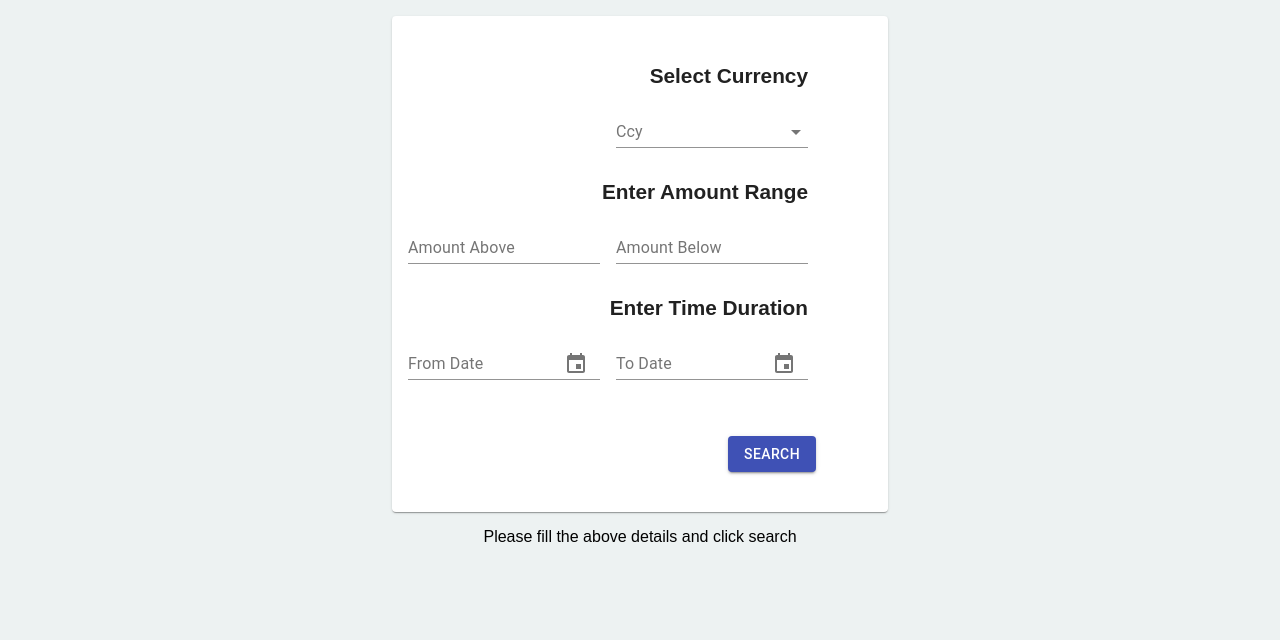
Repository: AmanullaChishty/filter
Page: /
These files come from the project's save history. The page is drawn as it stood at one moment and after the next save; the edit follows.
The browser window is 1280 px wide. The pictures show the whole page.
The project was rebuilt for these pictures with package versions that can differ from the ones it lists, and the page was loaded fresh each time.

Above is the page before, as saved 2020-01-26 22:05:07.

### src/index.js
import React from 'react';
import ReactDOM from 'react-dom';

// Required for Redux store setup
import { Provider } from 'react-redux'
import configureStore from './store';

import './index.css';
import App from './App';
import registerServiceWorker from './registerServiceWorker';

ReactDOM.render(
  <Provider store={configureStore()}>
    <App />
  </Provider>,
  document.getElementById('root')
);
registerServiceWorker();

### src/store.js
import { createStore, applyMiddleware } from 'redux';
import thunk from 'redux-thunk';
import rootReducer from './reducers/rootReducer';

export default function configureStore(initialState={}) {
  return createStore(
    rootReducer,
    applyMiddleware(thunk)
  );
}

### src/App.js
import React, { Component } from 'react';
import './App.css';
import GridList from './gridList'
import SearchBar from './searchBar/components/searchBar';



/**
 * @class App
 * @extends {Component}
 */
class App extends Component {



  /**
   * @memberof App
   * @summary handles button click
   */


  render() {
    return (
      <div className="App">
        <SearchBar/>
        <GridList/>
      </div>
    );
  }
}

export default App;

### src/reducers/rootReducer.js
import { combineReducers } from 'redux';
import searchReducer from '../searchBar/reducers/searchReducer'

export default combineReducers({
  searchReducer
});

### src/App.css
body{

  background-color: #edf2f2;
}
.App{
  text-align: center;
}

### src/gridList.js
import React, { Component } from 'react';
import { connect } from 'react-redux';
import MUIDataTable from "mui-datatables";
import { getSearchCriteria, getSearchData } from './searchBar/selectors/searchSelectors';


const headers = [{ name: "invoice_id", label: "Invoice id", options: { filter: true, sort: true, } },{ name: "reference", label: "Reference", options: { filter: true, sort: true, } },
{ name: "maturity_date", label: "Maturity Date", options: { filter: true, sort: true, } },{ name: "invoice_amount", label: "Invoice Amount", options: { filter: true, sort: true, } },
{ name: "ccy", label: "CCY", options: { filter: true, sort: true, } },{ name: "buyer", label: "Buyer", options: { filter: true, sort: true, } },
{ name: "supplier", label: "Supplier", options: { filter: true, sort: true, } },{ name: "invoice_date", label: "Invoice Date", options: { filter: true, sort: true, } },]

const options = {
  filterType: "checkbox",
  responsive: "stacked",
}

class GridList extends Component {
  render() {
    const {result,seacrhedData} = this.props;

    if(seacrhedData){
      if(seacrhedData.startDate){
        let date=new Date(seacrhedData.startDate)
        let yyyy = date.getFullYear();
        let mm =date.getMonth()+1
        let dd=date.getDate();
        seacrhedData.startDate = dd+'/'+ mm +'/'+yyyy;

      }
      if(seacrhedData.endDate){
        let date=new Date(seacrhedData.endDate)
        let yyyy = date.getFullYear();
        let mm =date.getMonth()+1
        let dd=date.getDate();
        seacrhedData.endDate = dd+'/'+ mm +'/'+yyyy;

      }
    }
    const title=('Currency '+seacrhedData.ccy + ' Invoices with value between '+ seacrhedData.ccy+ ' '+ seacrhedData.lowerLimit +' - '+ seacrhedData.upperLimit +' maturing between '+seacrhedData.startDate+' and '+ seacrhedData.endDate)

    if(result.length>0){
      result.forEach(item=>{
        if(item.maturity_date){
          let date=new Date(item.maturity_date*1000)
          let yyyy = date.getFullYear();
          let mm =date.getMonth()+1
          let dd=date.getDate();
            item.maturity_date = dd+'/'+ mm +'/'+yyyy;

        }
      })
    }
    return (
     <div>
       {result.length>0?(<MUIDataTable
            title={title}
            data={result}
            columns={headers}
            options={options}
          />):'Please fill the above details and click search'}
     </div>
    );
  }
}


const mapStateToProps=state=> {
  return {
      result: getSearchData(state),
      seacrhedData:getSearchCriteria(state)
      };
}


export default connect(mapStateToProps)(GridList);

### src/searchBar/components/searchBar.js
import React, { Component, Fragment } from 'react';
import { connect } from 'react-redux';
import { bindActionCreators } from 'redux';
import { fetchData } from '../actions/fetchData';
import { search } from '../actions/searchAction';
import { getData, getSearchData } from '../selectors/searchSelectors';
import InputLabel from '@material-ui/core/InputLabel';
import MenuItem from '@material-ui/core/MenuItem';
import FormControl from '@material-ui/core/FormControl';
import Select from '@material-ui/core/Select';
import { Grid, Card, CardContent,CardActions, Input, Button, InputAdornment } from '@material-ui/core';
import DateFnsUtils from '@date-io/date-fns';
import { KeyboardDatePicker, MuiPickersUtilsProvider } from "@material-ui/pickers";
import 'date-fns';


class SearchBar extends Component {

  constructor(props){
    super(props);
    this.handleChange=this.handleChange.bind(this)
    this.setLowerLimit=this.setLowerLimit.bind(this)
    this.setUpperLimit=this.setUpperLimit.bind(this)
    this.setStartDate=this.setStartDate.bind(this)
    this.setEndDate=this.setEndDate.bind(this)
    this.submitSearch=this.submitSearch.bind(this)
    this.state = {
      ccy:'',
      lowerLimit:'',
      upperLimit:'',
      startDate:null,
      endDate:null,
      storeStartDate:null,
      storeEndDate:null

    }
  }

  componentDidMount() {

    }



  handleChange(event){
    let val = event.target.value
      this.setState({ccy:val})
  };

  setLowerLimit(event){
    let val = event.target.value
    this.setState({lowerLimit:val});
  }

  setUpperLimit(event){
    let val = event.target.value
    this.setState({upperLimit:val})

  }
  setStartDate(event){
    let val = Math.floor(event.getTime()/1000)
    this.setState({storeStartDate:val})
    this.setState({startDate:event})

  }

  setEndDate(event){
    let val = Math.floor(event.getTime()/1000)
    this.setState({storeEndDate:val})
    this.setState({endDate:event})

  }

  submitSearch(){
    const { fetchAllData,searchData } = this.props;
    fetchAllData();
    setTimeout(()=>{searchData(this.state)},100)

  }


  render() {
    const sectionGrid={ display: 'flex', justifyContent: 'end', alignItems: 'end', flexDirection: 'column', marginBottom: '2em' }
    const sectionLabel = { fontSize: '1.3em', fontWeight: 'bold', marginBottom: '-.2em' }
    const innerSection={ display: 'flex', justifyContent: 'center', alignItems: 'center', }
    const formControlStyle={ width: '12em', marginTop: '1em' }
    const formControlStyleLeft={ width: '12em', marginTop: '1em', marginLeft: '1em' }
    const {ccy,lowerLimit,upperLimit,startDate,endDate} = this.state

    return (
      <Grid style={{display:'flex',justifyContent:'center',alignItems:'center',flexDirection:'column'}}>
    <Card style={{maxWidth:400,width:'100%',padding:'2em 4em 2em 2em',margin:'1em 0'}}>
      <CardContent>
            <Grid style={sectionGrid}>
              <span style={sectionLabel}>Select Currency</span>
              <FormControl style={formControlStyle} >

                <InputLabel id="ccy">
                  Ccy
                </InputLabel>
                <Select
                  labelId="ccy"
                  id="simple-select"
                  value={ccy}
                  onChange={this.handleChange}>
                  <MenuItem value={'USD'}>USD</MenuItem>
                  <MenuItem value={'INR'}>INR</MenuItem>
                  <MenuItem value={'JPY'}>JPY</MenuItem>
                  <MenuItem value={'RYD'}>RYD</MenuItem>
                </Select>
              </FormControl>
            </Grid>

            <Grid style={sectionGrid}>
              <span style={sectionLabel}>Enter Amount Range</span>
              <Grid style={innerSection}>
                <FormControl style={formControlStyle} >

                  <InputLabel id="ccy">
                    Amount Above
                  </InputLabel>
                  <Input
                  type='number'
                  value={lowerLimit}
                  startAdornment={ccy!==''?(<InputAdornment position="start">{ccy}</InputAdornment>):null}
                  onChange={this.setLowerLimit}/>
                </FormControl>
                <FormControl style={formControlStyleLeft} >
                  <InputLabel id="ccy">
                    Amount Below
                  </InputLabel>
                  <Input
                  type='number'
                  value={upperLimit}
                  startAdornment={ccy!==''?(<InputAdornment position="start">{ccy}</InputAdornment>):null}
                  onChange={this.setUpperLimit} />
                </FormControl>
              </Grid>
            </Grid>

            <Grid style={sectionGrid}>
              <span style={sectionLabel}>Enter Time Duration</span>
              <Grid style={innerSection}>
                <FormControl style={formControlStyle} >
                  <Fragment>
                    <MuiPickersUtilsProvider utils={DateFnsUtils}>
                      <KeyboardDatePicker
                        label="From Date"
                        clearable
                        value={startDate}
                        placeholder="Select from date"
                        onChange={this.setStartDate}
                        format="dd/MM/yyyy"
                      />
                    </MuiPickersUtilsProvider>
                  </Fragment>
                </FormControl>
                <FormControl style={formControlStyleLeft} >
                <Fragment>
                    <MuiPickersUtilsProvider utils={DateFnsUtils}>
                      <KeyboardDatePicker
                        label="To Date"
                        clearable
                        value={endDate}
                        placeholder="Select end date"
                        onChange={this.setEndDate}
                        format="dd/MM/yyyy"
                      />
                    </MuiPickersUtilsProvider>
                  </Fragment>
                </FormControl>
              </Grid>
            </Grid>

      </CardContent>
      <CardActions style={{float:'right'}}>
        <Button variant="contained" color="primary" onClick={this.submitSearch}>
          Search
        </Button>
      </CardActions>
      </Card>
    </Grid>
    );
  }
}


const mapStateToProps=state=> {
    return {
        value: getSearchData(state),
        content:getData(state)
        };
  }

const mapDispatchToProps = dispatch => bindActionCreators({
    searchData: search,
    fetchAllData:fetchData,
}, dispatch)


export default connect(mapStateToProps, mapDispatchToProps)(SearchBar);

### src/searchBar/reducers/searchReducer.js
import { SEARCH, SUCCESS } from '../actions/searchAction';

const initialState = {contents: [], value: '', serachedValue: []};

export default function searchReducer(state = initialState, action) {
  switch(action.type) {
    case SUCCESS: {
      const {contents} = action;
      return {
        ...state,
        contents:contents
      };
    }
    case SEARCH: {
      const {value} = action;
      let filteredData=[value]
      const serachedData = state.contents.filter((val) => filteredData.find(
        ({ccy,lowerLimit,upperLimit,storeStartDate,storeEndDate})=>(
          val.ccy === ccy && val.invoice_amount>lowerLimit && val.invoice_amount<upperLimit && val.maturity_date>storeStartDate && val.maturity_date<storeEndDate
          )
        ));

      return {
        ...state,
        value:value,
        serachedValue:serachedData
      };
    }
    default:
      return state;
  }
}

### src/searchBar/selectors/searchSelectors.js
import { createSelector } from 'reselect';

export const getSearchData = createSelector(
    state => state.searchReducer.serachedValue,
    serachedValue => serachedValue
)

export const getSearchCriteria = createSelector(
    state => state.searchReducer.value,
    value => value
)

export const getData = createSelector(
    state => state.searchReducer.contents,
    contents=>contents
)

### src/searchBar/actions/fetchData.js
import { getData } from "./searchAction";

//https://my.api.mockaroo.com/tallydata.json?key=1e3baa20
function fetchData() {
    return dispatch => {
        fetch('data.json')
        .then(res => res.json())
        .then(res => {
            if(res.error) {
                throw(res.error);
            }
            dispatch(getData(res));

            return res;
        })
        .catch(error => {
            alert(error);
        })
    }
}

export { fetchData };

### src/searchBar/actions/searchAction.js
export const SEARCH = 'SEARCH';
export const SUCCESS = 'SUCCESS'

export function search(value) {
  return {
      type: SEARCH,
      value:value
    };
}

export function getData(res) {
  return {
      type: SUCCESS,
      contents:res
    };
}

Loaded but not shown: public/index.html (common file); src/index.css (common file); src/registerServiceWorker.js (common file)

After the next save:
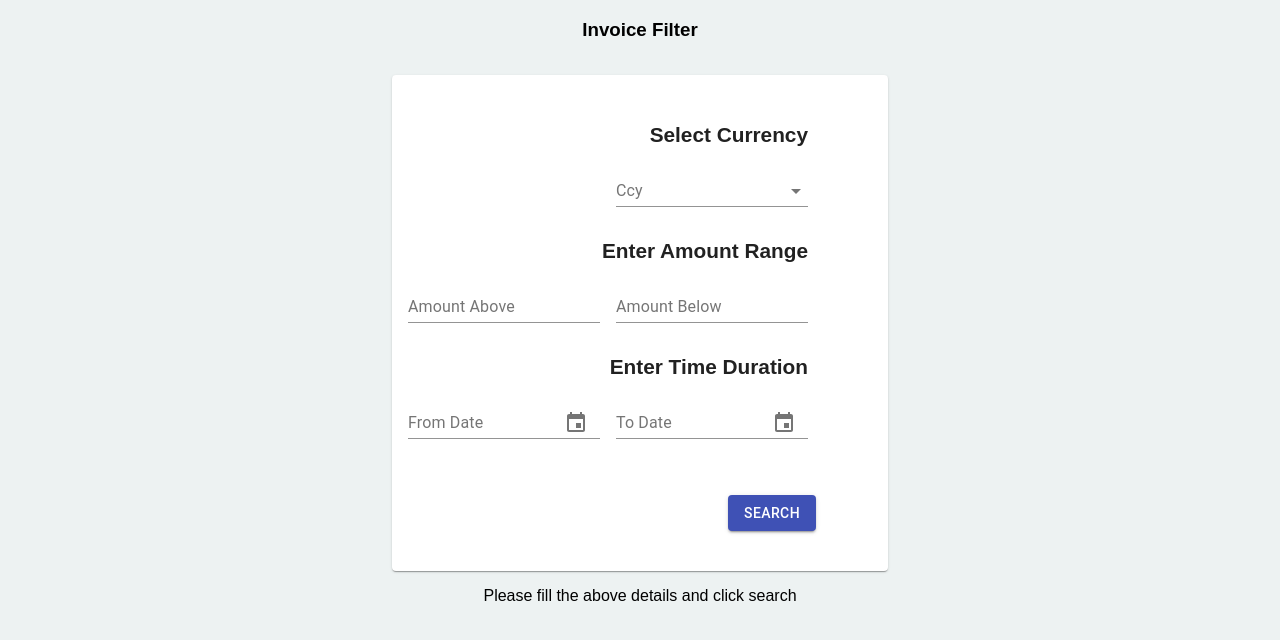
Saved 7 min 14 s later.
--- a/src/App.js
+++ b/src/App.js
@@ -22,6 +22,7 @@ class App extends Component {
   render() {
     return (
       <div className="App">
+        <h3>Invoice Filter</h3>
         <SearchBar/>
         <GridList/>
       </div>
